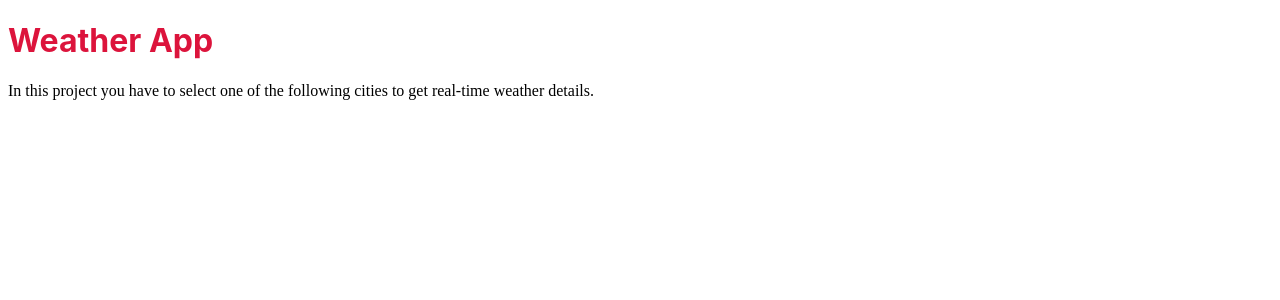
Repository: AalokJadhav/Weather_Website
Page: welcome.html
These files come from the project's save history. The page is drawn as it stood at one moment and after the next save; the edit follows.
The browser window is 1280 px wide. The pictures show the whole page.

Above is the page before, as saved 2020-11-03 07:56:50.

### welcome.html
<!DOCTYPE html>
<html lang="en">
<head>
    <meta charset="UTF-8">
    <meta name="viewport" content="width=device-width, initial-scale=1.0">
    <title>Document</title>
</head>
<body>
    <h1 style="font-family:-apple-system, BlinkMacSystemFont, 'Segoe UI', Roboto, Oxygen, Ubuntu, Cantarell, 'Open Sans', 'Helvetica Neue', sans-serif; color: crimson;"> Weather App</h1>
    <p>
        In this project you have to select one of the following cities to get real-time weather details.
    </p>
</body>
</html>

After the next save:
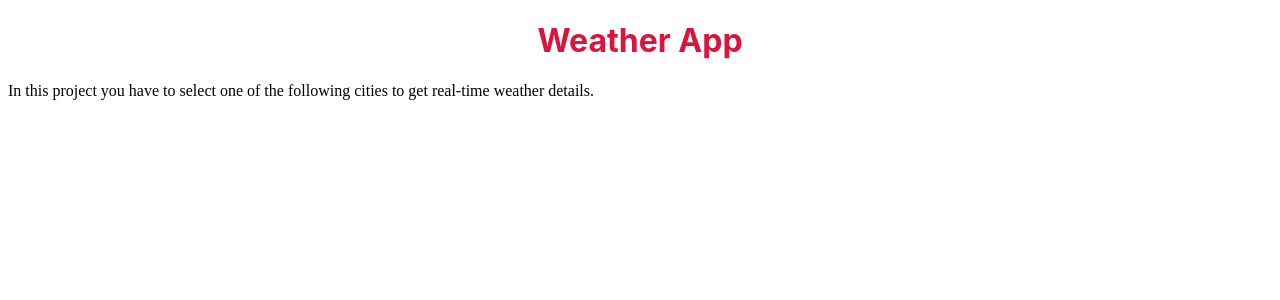
Saved 38 s later.
--- a/welcome.html
+++ b/welcome.html
@@ -6,7 +6,7 @@
     <title>Document</title>
 </head>
 <body>
-    <h1 style="font-family:-apple-system, BlinkMacSystemFont, 'Segoe UI', Roboto, Oxygen, Ubuntu, Cantarell, 'Open Sans', 'Helvetica Neue', sans-serif; color: crimson;"> Weather App</h1>
+    <h1 style="font-family:-apple-system, BlinkMacSystemFont, 'Segoe UI', Roboto, Oxygen, Ubuntu, Cantarell, 'Open Sans', 'Helvetica Neue', sans-serif; color: crimson;text-align: center;"> Weather App</h1>
     <p>
         In this project you have to select one of the following cities to get real-time weather details.
     </p>
